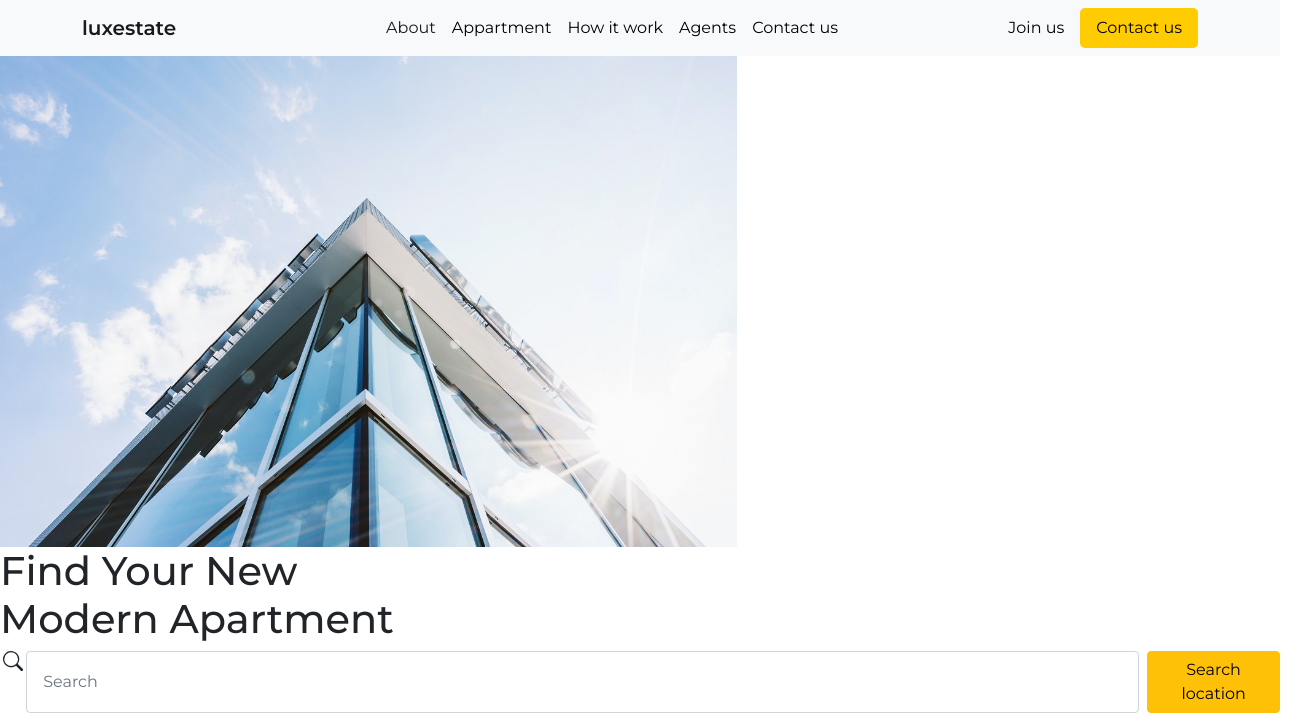
Repository: Toqa-25/luxstate
Page: index.html
These files come from the project's save history. The page is drawn as it stood at one moment and after the next save; the edit follows.
The browser window is 1280 px wide. The page is 1292 px wide, so the pictures cover 1292 px, including what lies to the right of the window. The pictures show the whole page.

Above is the page before, as saved 2021-06-07 18:50:24.

### index.html
<!DOCTYPE html>
<html lang="en">
<head>
    <meta charset="UTF-8">
    <meta http-equiv="X-UA-Compatible" content="IE=edge">
    <meta name="viewport" content="width=device-width, initial-scale=1.0">
    <!-- Bootstrap file -->
    <link rel="stylesheet" href="css/bootstrap.css">
    <!-- My Bootstrap file -->
    <link rel="stylesheet" href="css/my-bootstrap.css">
    <!-- all main style -->
    <link rel="stylesheet" href="css/all.min.css">
    <!-- CDN css file -->
    <link href="https://cdn.jsdelivr.net/npm/bootstrap@5.0.1/dist/css/bootstrap.min.css" rel="stylesheet" integrity="sha384-+0n0xVW2eSR5OomGNYDnhzAbDsOXxcvSN1TPprVMTNDbiYZCxYbOOl7+AMvyTG2x" crossorigin="anonymous">
    <!-- Style file -->
    <link rel="stylesheet" href="css/style.css">
    <!-- web fonts -->
    <link rel="preconnect" href="https://fonts.gstatic.com">
<link href="https://fonts.googleapis.com/css2?family=Montserrat:wght@100;200;300;400;500;600;700;800;900&display=swap" rel="stylesheet">
    <title>Bootstarp</title>
</head>
<body>
    <nav class="navbar navbar-expand-lg navbar-light bg-light">
        <div class="container">
          <a class="navbar-brand" href="#">luxestate</a>
          <button class="navbar-toggler" type="button" data-bs-toggle="collapse" data-bs-target="#navbarSupportedContent" aria-controls="navbarSupportedContent" aria-expanded="false" aria-label="Toggle navigation">
            <span class="navbar-toggler-icon"></span>
          </button>
          <div class="collapse navbar-collapse offset-2 navbar-light" id="navbarSupportedContent">
            <ul class="navbar-nav me-auto mb-2 mb-lg-0 ">
              <li class="nav-item">
                <a class="nav-link active" aria-current="page" href="#">About</a>
              </li>
              <li class="nav-item ">
                <a class="nav-link " href="#">Appartment</a>
              </li>
              <li class="nav-item">
                <a class="nav-link" href="#">How it work</a>
              </li>
              <li class="nav-item">
                <a class="nav-link" href="#">Agents</a>
              </li>
              <li class="nav-item">
                <a class="nav-link" href="#">Contact us</a>
              </li>

            </ul>
            <ul class="nav justify-content-end last-nav">
                <li class="nav-item">
                  <a class="nav-link active" aria-current="page" href="#">Join us</a>
                </li>
                <li class="nav-item focuse">
                  <a class="nav-link " href="#">Contact us</a>
                </li>

              </ul>
          </div>
        </div>
      </nav>
      <header>
      <div class="row">
        <img src="images/cover-unsplash.jpg" class="img-fluid float-end col-7" alt="..."
          <div class="header-text  col-5 order-first">
              <h1>Find Your New <br>
                Modern Apartment </h1>
                <form class="d-flex">
                    <svg xmlns="http://www.w3.org/2000/svg" width="30" height="20" fill="currentColor" background-color="#eee" class="bi bi-search" viewBox="0 0 16 16">
                        <path d="M11.742 10.344a6.5 6.5 0 1 0-1.397 1.398h-.001c.03.04.062.078.098.115l3.85 3.85a1 1 0 0 0 1.415-1.414l-3.85-3.85a1.007 1.007 0 0 0-.115-.1zM12 6.5a5.5 5.5 0 1 1-11 0 5.5 5.5 0 0 1 11 0z"/>
                      </svg>
                    <input class="form-control me-2" type="search" placeholder=" Search" aria-label="Search">
                    <button class="btn btn-warning" type="submit">Search location</button>
                  </form>
          </div>

      </div>

    </header>

      <script src="js/bootstrap.min.js"></script>
</body>
</html>

### css/style.css
/* veriables */
:root{
    --main-color:#ffcc01;
}

/* global rules */
body{
    font-family: 'Montserrat', sans-serif;
    margin: 0;
    padding: 0;
}
 /* file style */

 .navbar-light .navbar-nav .nav-link,
 .last-nav  .nav-item .nav-link {
    color: black;
    font-weight: 400;
}
.navbar-brand{
    font-weight: 600;
}
.last-nav   .focuse{
    background-color: var(--main-color);
    border-radius: 5px;
}
.header-text svg{
    margin:auto 5px;
}
.header-text input{
    border: none
}
.header-text button{
    background: var(--main-color);
}
.header-text .d-flex{
     ;
}
.header-text{
    margin: auto;
    transform: translate(50%);
}
header .row{
    position: relative;
}

Loaded but not shown: css/my-bootstrap.css (library); css/all.min.css (library); js/bootstrap.min.js (library); css/bootstrap.css (no copy from this time; the picture is the same without it)

After the next save:
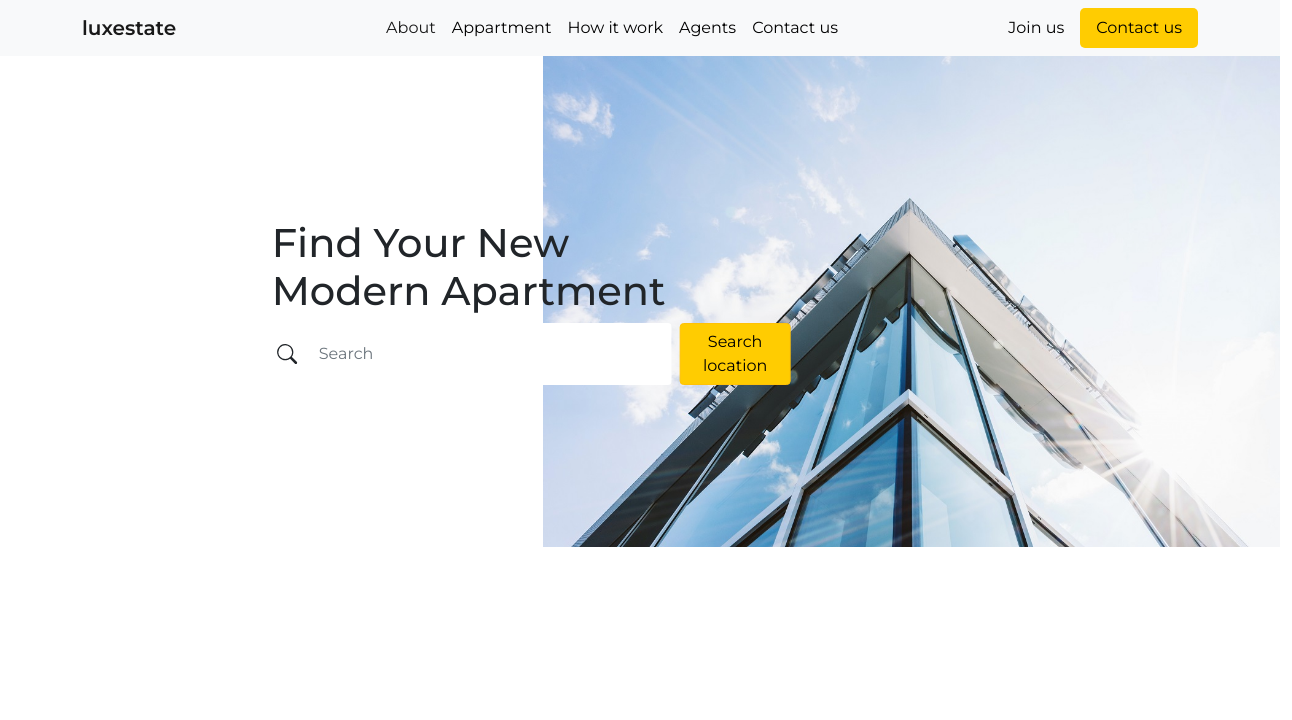
Saved 3 min 26 s later.
--- a/index.html
+++ b/index.html
@@ -59,7 +59,8 @@
       </nav>
       <header>
       <div class="row">
-        <img src="images/cover-unsplash.jpg" class="img-fluid float-end col-7" alt="..."
+        <img src="images/cover-unsplash.jpg" class="img-fluid float-end col-7" alt="...">
+
           <div class="header-text  col-5 order-first">
               <h1>Find Your New <br>
                 Modern Apartment </h1>

After the save that followed:
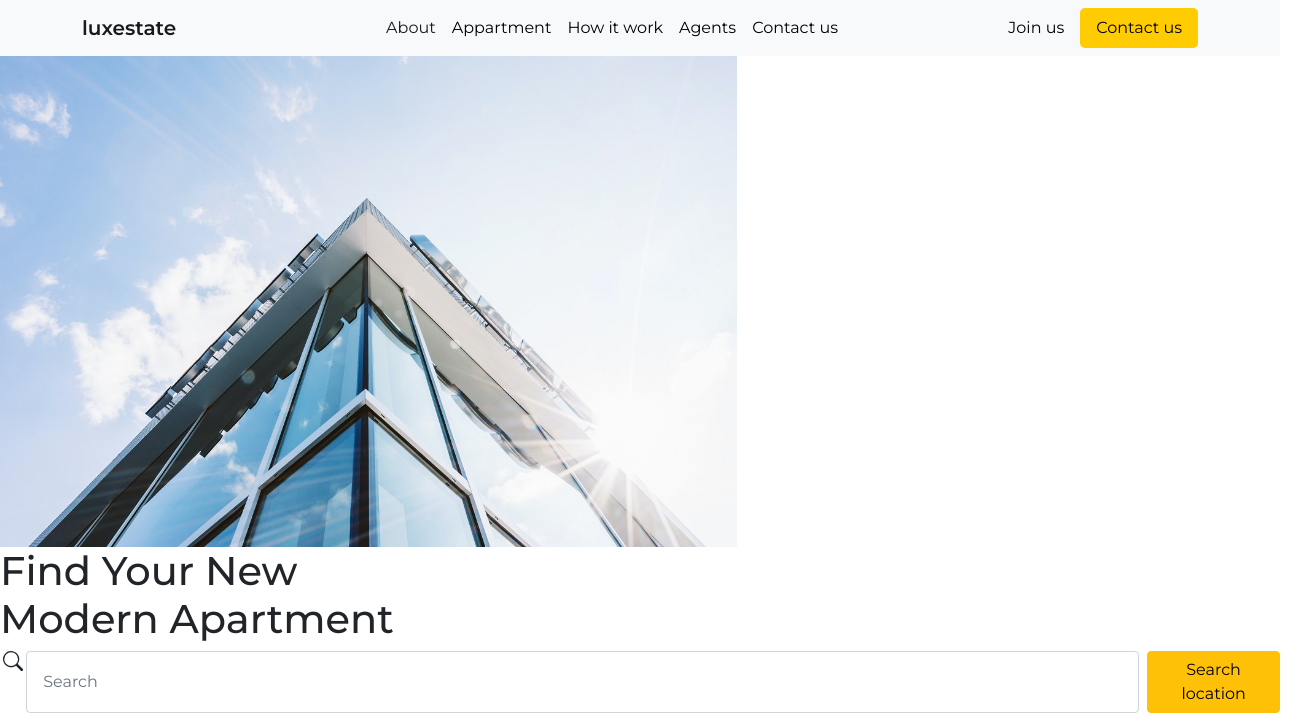
Saved 6 s later.
--- a/index.html
+++ b/index.html
@@ -59,8 +59,7 @@
       </nav>
       <header>
       <div class="row">
-        <img src="images/cover-unsplash.jpg" class="img-fluid float-end col-7" alt="...">
-
+        <img src="images/cover-unsplash.jpg" class="img-fluid float-end col-7" alt="..."
           <div class="header-text  col-5 order-first">
               <h1>Find Your New <br>
                 Modern Apartment </h1>
